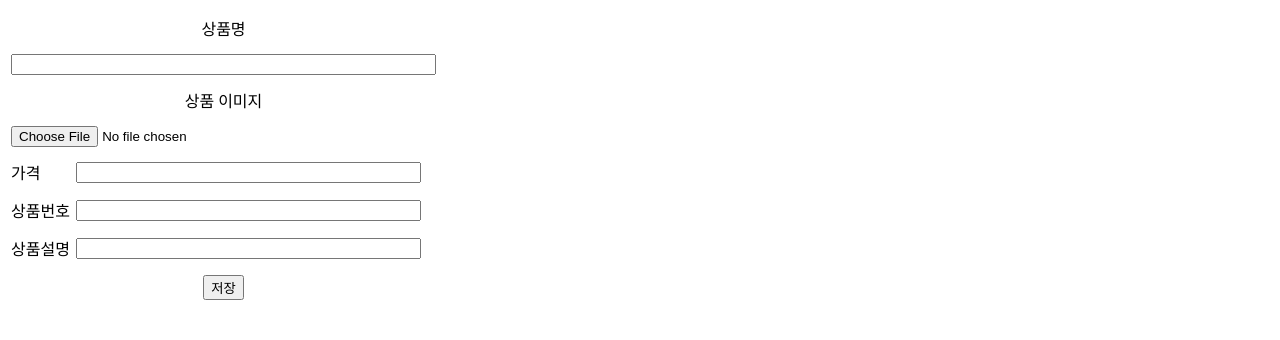
Repository: gunvv00/Java_practice
Page: html_work/html01/WebContent/goods.html
The author's editor kept a copy of each file at every save. The page is drawn from the files as they stood at one save, then again after the next save.
The browser window is 1280 px wide. The pictures show the whole page.

Above is the page before, as saved 2020-01-02 07:39:55.

### html_work/html01/WebContent/goods.html
<!DOCTYPE html>
<html>
<head>
<meta charset="UTF-8">
<title>상품등록</title>
</head>
<body>
<form action = "good.jsp" method = "post">
	<TABLE Border = 0 height = 300 width = 300 >
		<tr>
			<td align = "center" colspan = "2">상품명</td>
		</tr>
		<tr>
			<td align = "center" colspan = "2"><input type = "product" name="" value = ""  size = "50"></td>
		</tr>
		<tr>
			<td align = "center" colspan = "2">상품 이미지</td>
		</tr>
		<tr>
			<td colspan = "2"><input type='file' name='file' value ="" /></td>
		</tr>
		<tr>
			<td>가격</td>
			<td><input type = "price" name="" value = "" size = "40" ></td>
		</tr>
		<tr>
			<td>상품번호</td>
			<td><input type = "produtNumber" name="" value = "" size = "40" ></td>
		</tr>
		<tr>
			<td>상품설명</td>
			<td><input type = "explain" name="" value = "" size = "40" ></td>
		</tr>
		<tr align="center">
			<td colspan="2"><input type = "submit" value = "저장"/>	</td>

		</tr>
	</TABLE>




</body>
</html>

After the next save:
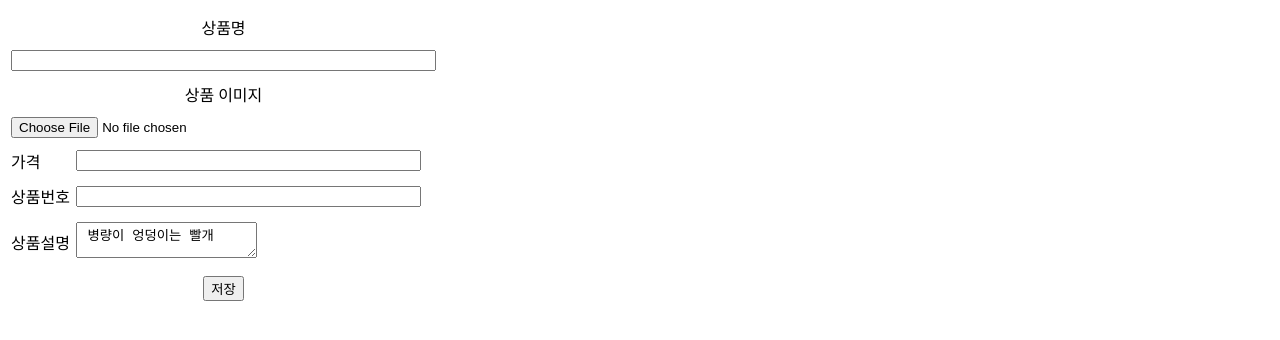
Saved 42 s later.
--- a/html_work/html01/WebContent/goods.html
+++ b/html_work/html01/WebContent/goods.html
@@ -29,7 +29,7 @@
 		</tr>
 		<tr>
 			<td>상품설명</td>
-			<td><input type = "explain" name="" value = "" size = "40" ></td>
+			<td><textarea name = "" rows = "" cols=""> 병량이 엉덩이는 빨개 </textarea></td>
 		</tr>
 		<tr align="center">
 			<td colspan="2"><input type = "submit" value = "저장"/>	</td>
